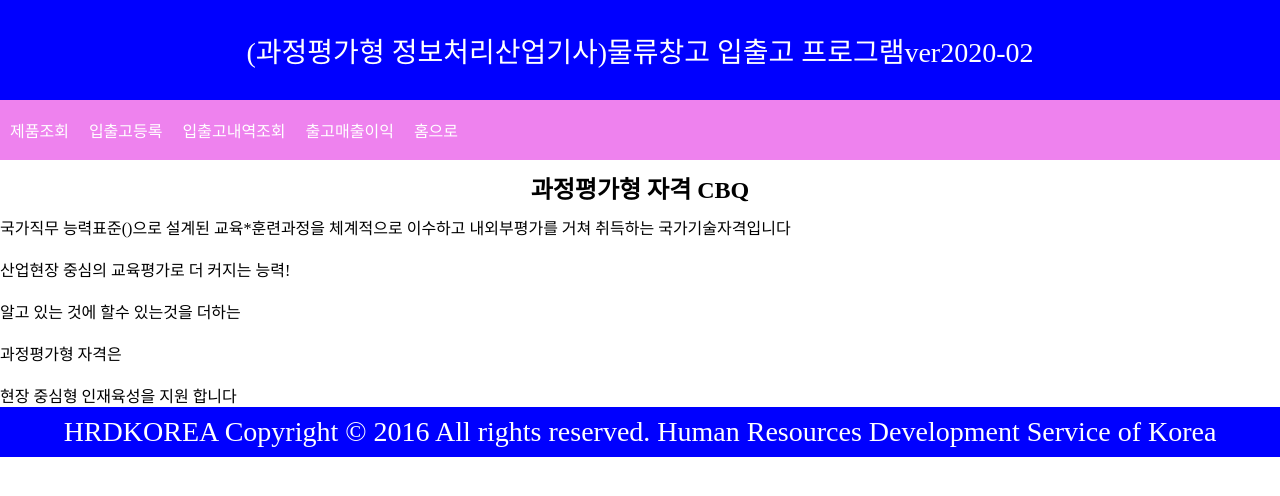
Repository: anakyn01/2_two
Page: http://localhost/cbq_1/two.jsp
The author's editor kept a copy of each file at every save. The page is drawn from the files as they stood at one save, then again after the next save.
The browser window is 1280 px wide. The pictures show the whole page.
The page is served by Tomcat 9.

Above is the page before, as saved 2024-12-11 06:04:35.

After the next save:
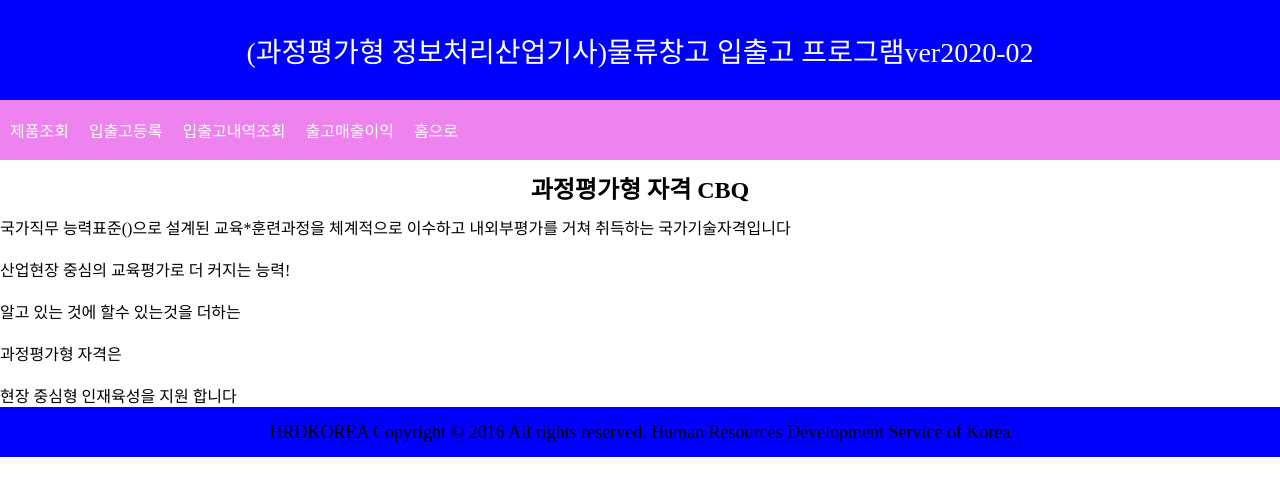
Saved 13 s later.
--- a/exam/cbq_1/src/main/webapp/css/style.css
+++ b/exam/cbq_1/src/main/webapp/css/style.css
@@ -29,6 +29,6 @@ margin:0 auto;
 
 footer{
 width:100%; background-color:blue;
-height:50px; color:white; font-size:28px;
+height:50px; font-size:18px;
 display:flex; justify-content:center; align-items:center;
 }
